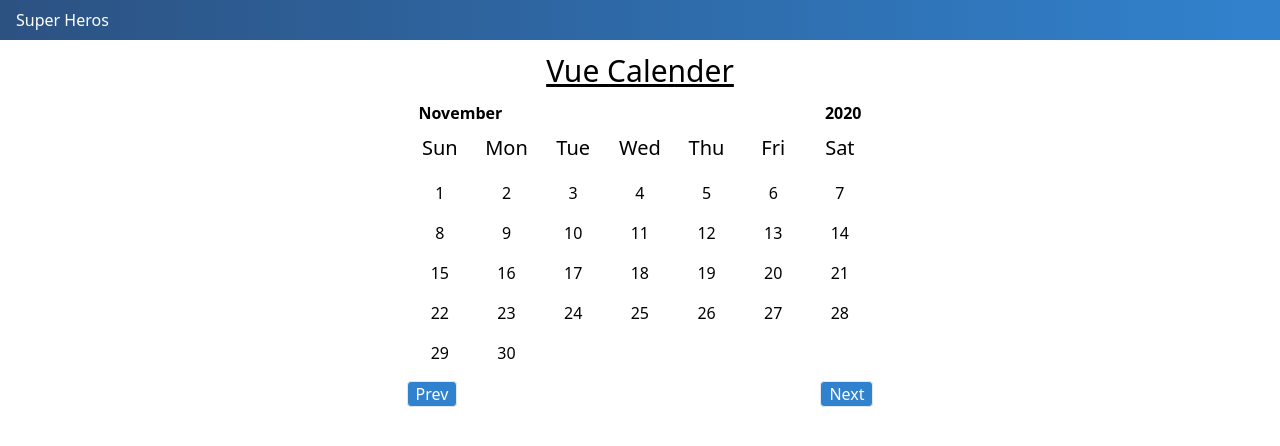
Repository: kshvkndl/VueFullCoursePractice
Page: /markdown
The author's editor kept a copy of each file at every save. The page is drawn from the files as they stood at one save, then again after the next save.
The browser window is 1280 px wide. The pictures show the whole page.
The project was rebuilt for these pictures with package versions that can differ from the ones it lists, and the page was loaded fresh each time.

Above is the page before, as saved 2020-11-19 10:02:14.

After the next save:
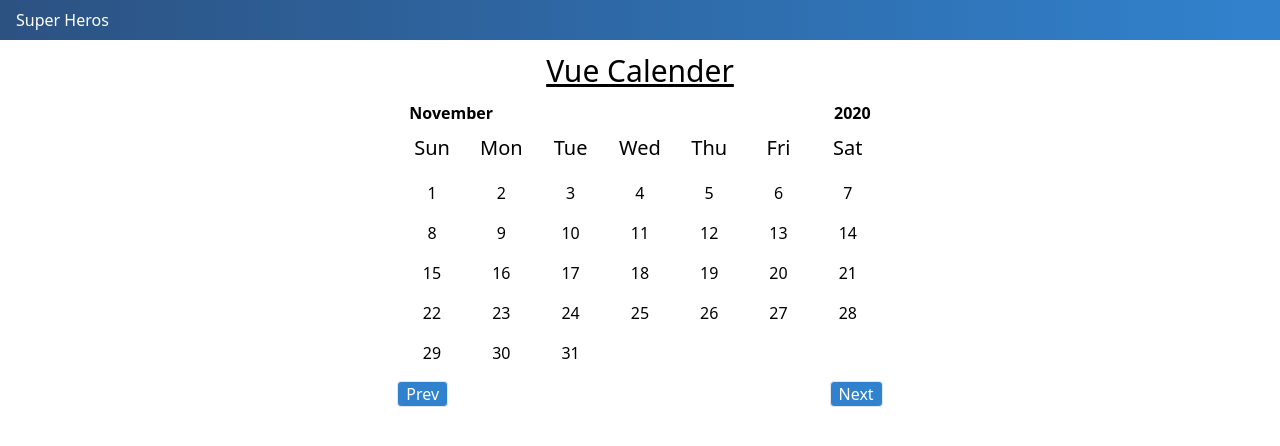
Saved 91 s later.
--- a/src/components/Calender.vue
+++ b/src/components/Calender.vue
@@ -27,7 +27,7 @@
       <p
         class="h-10 text-center"
         style="width: 14.28%"
-        v-for="num in daysInMonth(currentYear, currentMonth)"
+        v-for="num in daysInMonth()"
         :key="num"
       >
         {{ num }}
@@ -58,8 +58,8 @@ export default {
   },
 
   methods: {
-    daysInMonth(year, month) {
-      return new Date(year, month + 1, 0).getDate();
+    daysInMonth() {
+      return new Date(this.currentYear, this.currentMonth, 0).getDate();
     },
 
     startDay() {
